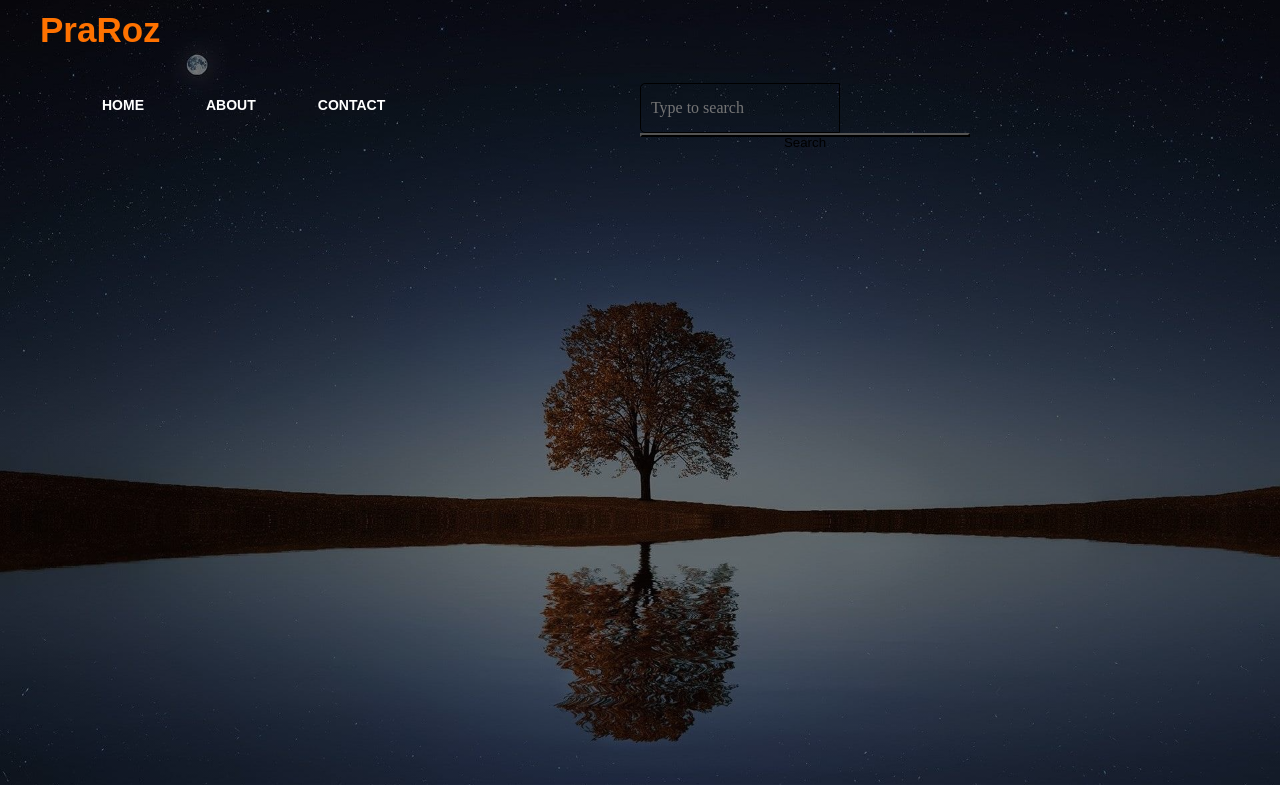
Repository: Cedrqmwesigwa/web-design-course
Page: index.html
The author's editor kept a copy of each file at every save. The page is drawn from the files as they stood at one save, then again after a run of saves.
The browser window is 1280 px wide. The pictures show the whole page.

Above is the page before, as saved 2024-04-03 20:03:30.

After the next 2 saves:
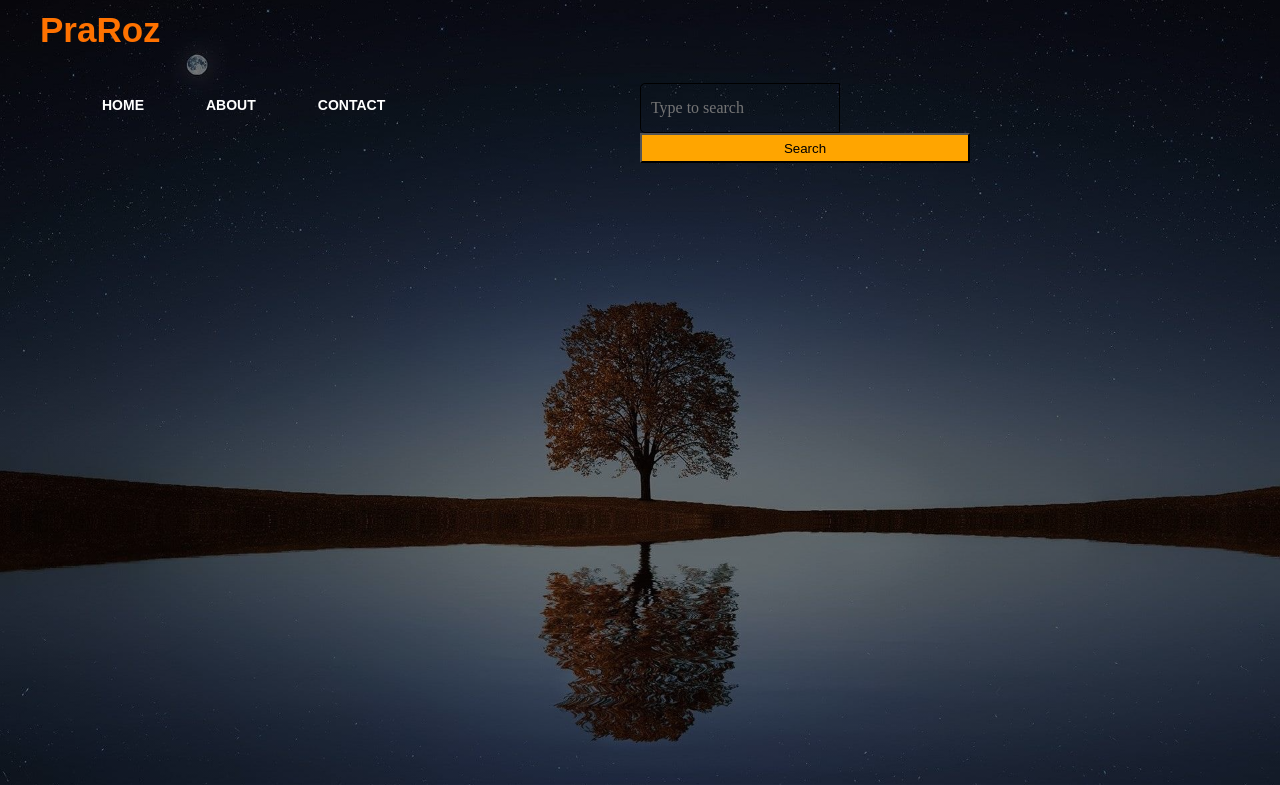
The 2 saves are shown as one change because they came seconds apart.
The last was saved 10 s later.
--- a/style.css
+++ b/style.css
@@ -86,7 +86,7 @@ ul li a:hover{
 
 .btn{
     width:100%;
-    height: 0px;
+    height: 30px;
     background: orange;
 
 }
